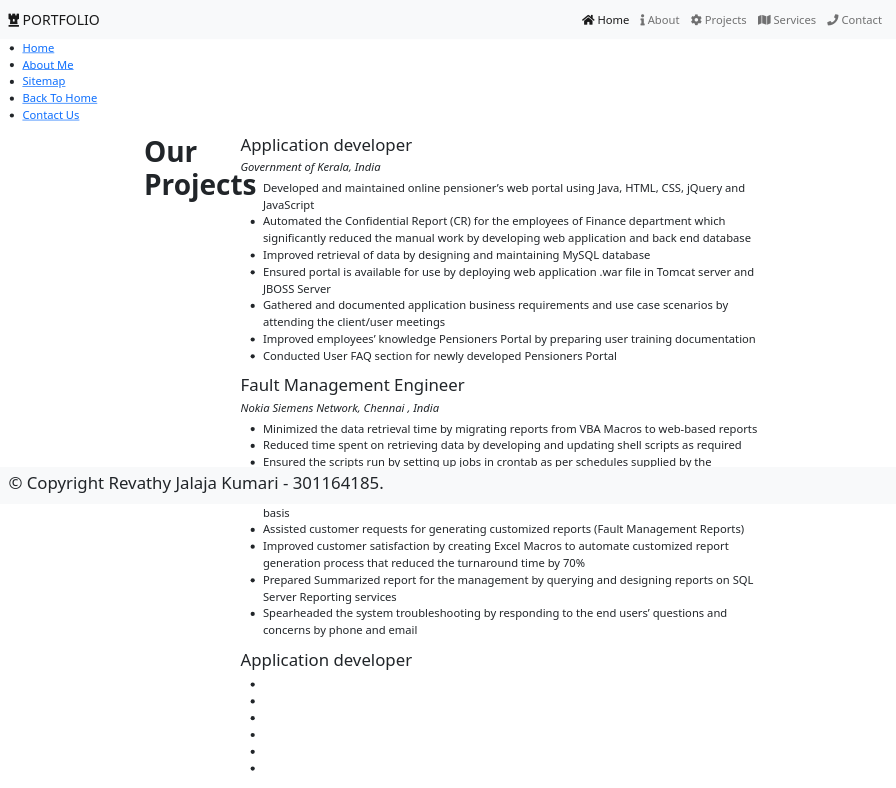
Repository: RevathyJK/Portfolio
Page: http://localhost/projects
An editor plug-in stored every save of this project. The page is shown before and after the next save, followed by the edit.
The browser window is 1280 px wide. The pictures show the part of the page from y = 0 to 1920 px (the page is 1125 px tall before and 3986 px after), at 70% of full size.
The page is served by the project's Node server (server.js). Other server files are loaded and not shown.

Above is the page before, as saved 2021-09-30 15:33:30.

### Server/Views/index.ejs
<!DOCTYPE html>
<html lang="en">
<head>
    <meta charset="UTF-8">
    <meta http-equiv="X-UA-Compatible" content="IE=edge">
    <meta name="viewport" content="width=device-width, initial-scale=1.0">
    <title><%= title %></title>
    <!-- CSS Section -->
    <link rel="stylesheet" href="./Content/app.css">
    <link rel="stylesheet" href="./bootstrap/dist/css/bootstrap.min.css">
    <link rel="stylesheet" href="./@fortawesome/fontawesome-free/css/all.min.css">
</head>
<body>
    <!-- Main Navigation Section -->
    <header>
      <%- include('components/header.ejs'); %>
    </header>


    <!-- Content Section -->
    <main>
      <div class="container">
        <%- include('content/' + page + '.ejs'); %>
      </div>
    </main>

    <footer>
    <%- include('components/footer.ejs'); %>
    </footer>

    <!-- JavaScript Section -->
    <script src="./jquery/dist/jquery.min.js"></script>
    <script src="./bootstrap/dist/js/bootstrap.min.js"></script>
    <script src="./@fortawesome/fontawesome-free/js/all.min.js"></script>

    <script src="./Scripts/app.js"></script>
</body>
</html>

### Server/Views/components/header.ejs
<nav class="navbar navbar-expand-lg navbar-light bg-light">
  <div class="container-fluid">
    <a class="navbar-brand" href="/"><i class="fas fa-chess-rook"></i> PORTFOLIO</a>
    <button class="navbar-toggler" type="button" data-bs-toggle="collapse" data-bs-target="#navbarSupportedContent" aria-controls="navbarSupportedContent" aria-expanded="false" aria-label="Toggle navigation">
      <span class="navbar-toggler-icon"></span>
    </button>
    <div class="collapse navbar-collapse" id="navbarSupportedContent">
      <ul class="navbar-nav ms-auto mb-2 mb-lg-0">
        <li class="nav-item">
          <a class="nav-link active" href="/home"><i class="fas fa-home"></i> Home</a>
        </li>
        <li class="nav-item">
          <a class="nav-link" href="/about"><i class="fas fa-info"></i> About</a>
        </li>
        <li class="nav-item">
          <a class="nav-link" href="/projects"><i class="fas fa-cog"></i> Projects</a>
        </li>
        <li class="nav-item">
          <a class="nav-link" href="/services"><i class="fas fa-map"></i> Services</a>
        </li>

        <li class="nav-item">
          <a class="nav-link" href="/contact"><i class="fas fa-phone"></i> Contact</a>
        </li>
      </ul>
    </div>
  </div>
</nav>

<div>
        <nav>
	<ul>
		<li><a href="home">Home</a></li>
		<li><a href="about">About Me</a></li>
		<li><a href="projects">Sitemap</a></li>
		<li><a href="home">Back To Home </a></li>
                <li><a href="contact">Contact Us</a></li>

	</ul>
	</nav>
</div>

### Server/Views/content/projects.ejs
<div id ="allPage">
<div class="container">
        <h1><strong><%= title %></strong></h1>
</div>


<div>
<tr>
        <h4>Application developer</h4>
        <h6><i>Government of Kerala, India</i></h6>
        <ul>
                <li>Developed and maintained online pensioner’s web portal using Java, HTML, CSS, jQuery and JavaScript </li>
		<li>Automated the Confidential Report (CR) for the employees of Finance department which significantly reduced the manual work by developing web application and back end database  </li>
		<li>Improved retrieval of data by designing and maintaining MySQL database </li>
		<li>Ensured portal is available for use by deploying web application .war file in Tomcat server and JBOSS Server</li>
		<li>Gathered and documented application business requirements and use case scenarios by attending the client/user meetings</li>
		<li>Improved employees’ knowledge Pensioners Portal by preparing user training documentation </li>
		<li>Conducted User FAQ section for newly developed Pensioners Portal</li>
        </ul>
</tr>

<tr>
        <h4>Fault Management Engineer</h4>
        <h6><i>Nokia Siemens Network, Chennai , India</i></h6>
        <ul>
                <li>Minimized the data retrieval time by migrating reports from VBA Macros to web-based reports</li>
		<li>Reduced time spent on retrieving data by developing and updating shell scripts as required </li>
		<li>Ensured the scripts run by setting up jobs in crontab as per schedules supplied by the business </li>
                <li>Initiated reports job by preparing Excel Reports and emailed them to the customers on a daily basis </li>
                <li>Assisted customer requests for generating customized reports (Fault Management Reports) </li>
                <li>Improved customer satisfaction by creating Excel Macros to automate customized report generation process that reduced the turnaround time by 70%  </li>
                <li>Prepared Summarized report for the management by querying and designing reports on SQL Server Reporting services </li>
                <li>Spearheaded the system troubleshooting by responding to the end users’ questions and concerns by phone and email </li>

        </ul>
</tr>


<tr>
        <h4>Application developer</h4>
        <ul>
                <li> </li>
                <li> </li>
                <li> </li>
                <li> </li>
                <li> </li>
                <li> </li>
        </ul>
</tr>




</div>
</div>

### Server/Views/components/footer.ejs
<nav class="navbar fixed-bottom navbar-light bg-light">
    <div class="container-fluid">
        <h4>&copy; Copyright Revathy Jalaja Kumari - 301164185.</h4>
    </div>
</nav>

### server.js
#!/usr/bin/env node
"use strict";
/**
 * Module dependencies.
 */
var __importDefault = (this && this.__importDefault) || function (mod) {
    return (mod && mod.__esModule) ? mod : { "default": mod };
};
Object.defineProperty(exports, "__esModule", { value: true });
const app_1 = __importDefault(require("./Server/Config/app"));
const debug_1 = __importDefault(require("debug"));
(0, debug_1.default)('comp229-f2021-lesson4:server');
const http_1 = __importDefault(require("http"));
/**
 * Get port from environment and store in Express.
 */
let port = normalizePort(process.env.PORT || '3000');
app_1.default.set('port', port);
/**
 * Create HTTP server.
 */
let server = http_1.default.createServer(app_1.default);
/**
 * Listen on provided port, on all network interfaces.
 */
server.listen(port);
server.on('error', onError);
server.on('listening', onListening);
/**
 * Normalize a port into a number, string, or false.
 */
function normalizePort(val) {
    let port = parseInt(val, 10);
    if (isNaN(port)) {
        // named pipe
        return val;
    }
    if (port >= 0) {
        // port number
        return port;
    }
    return false;
}
/**
 * Event listener for HTTP server "error" event.
 */
function onError(error) {
    if (error.syscall !== 'listen') {
        throw error;
    }
    let bind = typeof port === 'string'
        ? 'Pipe ' + port
        : 'Port ' + port;
    // handle specific listen errors with friendly messages
    switch (error.code) {
        case 'EACCES':
            console.error(bind + ' requires elevated privileges');
            process.exit(1);
            break;
        case 'EADDRINUSE':
            console.error(bind + ' is already in use');
            process.exit(1);
            break;
        default:
            throw error;
    }
}
/**
 * Event listener for HTTP server "listening" event.
 */
function onListening() {
    let addr = server.address();
    let bind = typeof addr === 'string'
        ? 'pipe ' + addr
        : 'port ' + addr.port;
    (0, debug_1.default)('Listening on ' + bind);
}
//# sourceMappingURL=server.js.map

### Server/Routes/index.js
"use strict";
var __importDefault = (this && this.__importDefault) || function (mod) {
    return (mod && mod.__esModule) ? mod : { "default": mod };
};
Object.defineProperty(exports, "__esModule", { value: true });
const express_1 = __importDefault(require("express"));
const router = express_1.default.Router();
exports.default = router;

/* GET home page. */
router.get('/', function (req, res, next) {
    res.render('index', { title: 'Home', page: 'home' });
});
/* GET home page. */
router.get('/home', function (req, res, next) {
    res.render('index', { title: 'Home', page: 'home' });
});
/* GET about page. */
router.get('/about', function (req, res, next) {
    res.render('index', { title: 'About Us', page: 'about' });
});
/* GET projects page. */
router.get('/projects', function (req, res, next) {
    res.render('index', { title: 'Our Projects', page: 'projects' });
});
/* GET services page. */
router.get('/services', function (req, res, next) {
    res.render('index', { title: 'Our Services', page: 'services' });
});
/* GET contact page. */
router.get('/contact', function (req, res, next) {
    res.render('index', { title: 'Contact Us', page: 'contact' });
});


//module.exports = router;
//# sourceMappingURL=index.js.map

### Client/Content/app.css
#allPage {
	width: 80%;
      margin: auto;
      max-width: 1200px;
      display: grid;
	grid-template-columns: 150px auto auto;
	grid-template-rows: auto auto auto ;
}

### Client/Scripts/app.js
"use strict";
/* custom js goes here */
// IIFE - Immediately Invoked Function Expression (AKA an anonymous self-executing function)
(function () {
    function Start() {
        console.log("App Started...");
    }
    window.addEventListener("load", Start);
})();
//# sourceMappingURL=app.js.map

After the next save:
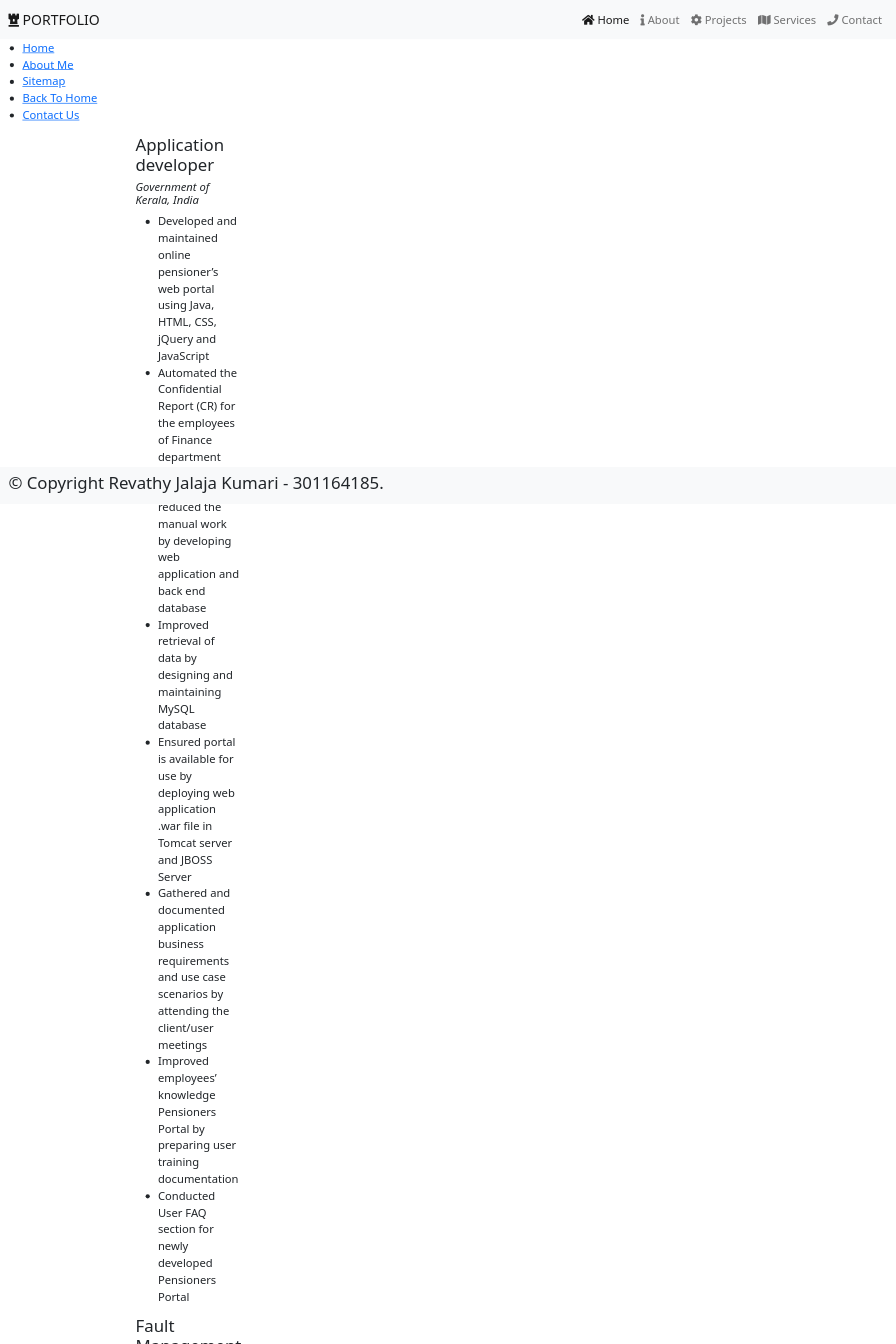
Saved 69 s later.
--- a/Server/Views/content/projects.ejs
+++ b/Server/Views/content/projects.ejs
@@ -1,7 +1,5 @@
 <div id ="allPage">
-<div class="container">
-        <h1><strong><%= title %></strong></h1>
-</div>
+
 
 
 <div>

After the save that followed:
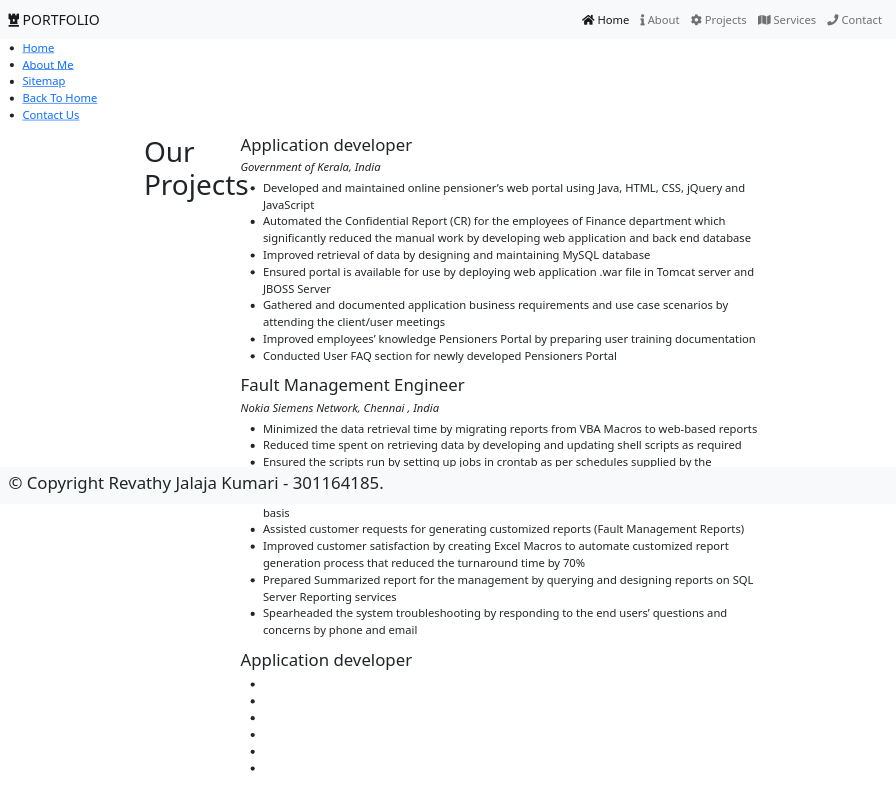
Saved 20 s later.
--- a/Server/Views/content/projects.ejs
+++ b/Server/Views/content/projects.ejs
@@ -1,5 +1,7 @@
 <div id ="allPage">
-
+<div class="container">
+        <h1><light><%= title %></light></h1>
+</div>
 
 
 <div>
